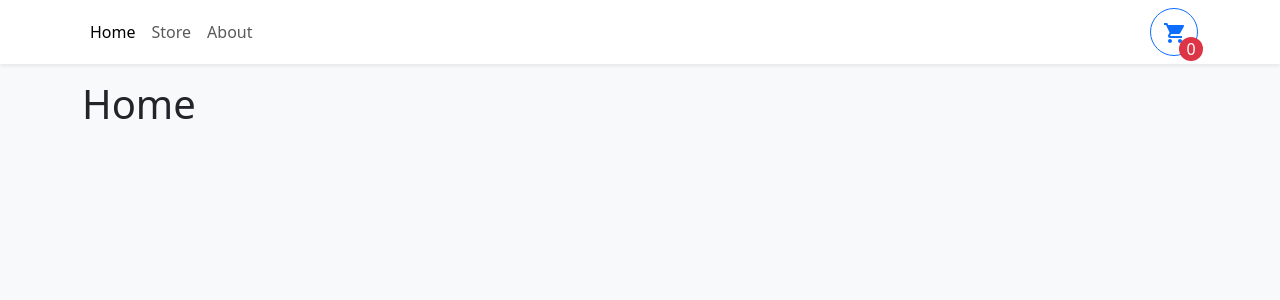
Repository: kurtveil/react-ecommerce
Page: /
An editor plug-in stored every save of this project. The page is shown before and after the next save, followed by the edit.
The browser window is 1280 px wide. The pictures show the whole page.
The project was rebuilt for these pictures with package versions that can differ from the ones it lists, and the page was loaded fresh each time. Also part of the build but not shown: vite.config.ts, src/pages/About.tsx, src/queries/productQueries.js, src/utilities/formatCurrency.ts, src/components/StoreItem.tsx, src/pages/Store.tsx.

Above is the page before, as saved 2023-07-23 22:20:58.

After the next save:
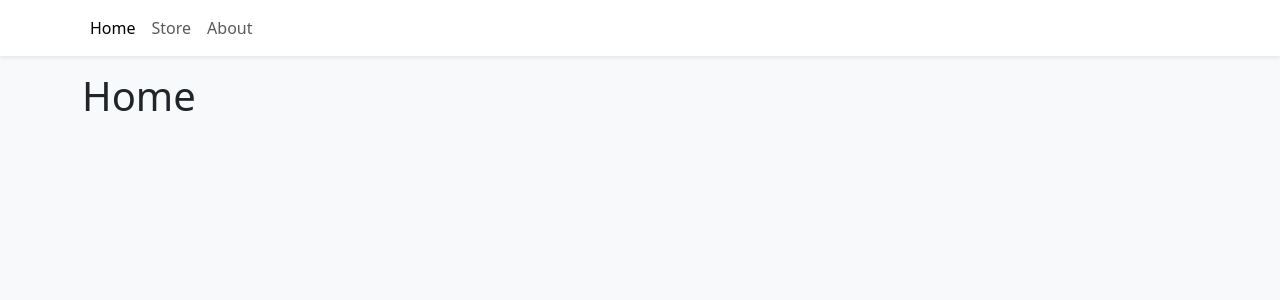
Saved 10 min 3 s later.
--- a/src/components/Navbar.tsx
+++ b/src/components/Navbar.tsx
@@ -3,7 +3,7 @@ import { NavLink } from 'react-router-dom';
 import ShoppingCartIcon from '@mui/icons-material/ShoppingCart';
 import { useShoppingCart } from '../context/ShoppingCartContext';
 export default function Navbar() {
-    const { openCart, cartQuantity} = useShoppingCart();
+    const { openCart, cartQuantity } = useShoppingCart();
     return (
         <NavbarBs sticky='top' className='bg-white shadow-sm mb-3'>
             <Container>
@@ -18,20 +18,24 @@ export default function Navbar() {
                         About
                     </Nav.Link>
                 </Nav>
-                <Button
-                onClick={openCart}
-                style={{ width: "3rem", height: "3rem" , position: 'relative'}} variant='outline-primary' className='rounded-circle'>
+                {cartQuantity > 0 && (<Button
+                    onClick={openCart}
+                    style={{ width: "3rem", height: "3rem", position: 'relative' }} variant='outline-primary' className='rounded-circle'>
                     <ShoppingCartIcon />
+
+
                     <div className='rounded-circle bg-danger d-flex justify-content-center align-items-center'
-                    style={{
-                        color: 'white',
-                        width: '1.5rem',
-                        height: "1.5rem",
-                        position: "absolute",
-                        bottom: 0,
-                        right: 0 ,
-                        transform: "translate(25%, 25%)"}}>{cartQuantity}</div>
-                </Button>
+                        style={{
+                            color: 'white',
+                            width: '1.5rem',
+                            height: "1.5rem",
+                            position: "absolute",
+                            bottom: 0,
+                            right: 0,
+                            transform: "translate(25%, 25%)"
+                        }}>{cartQuantity}</div>
+
+                </Button>)}
             </Container>
         </NavbarBs>
     )
